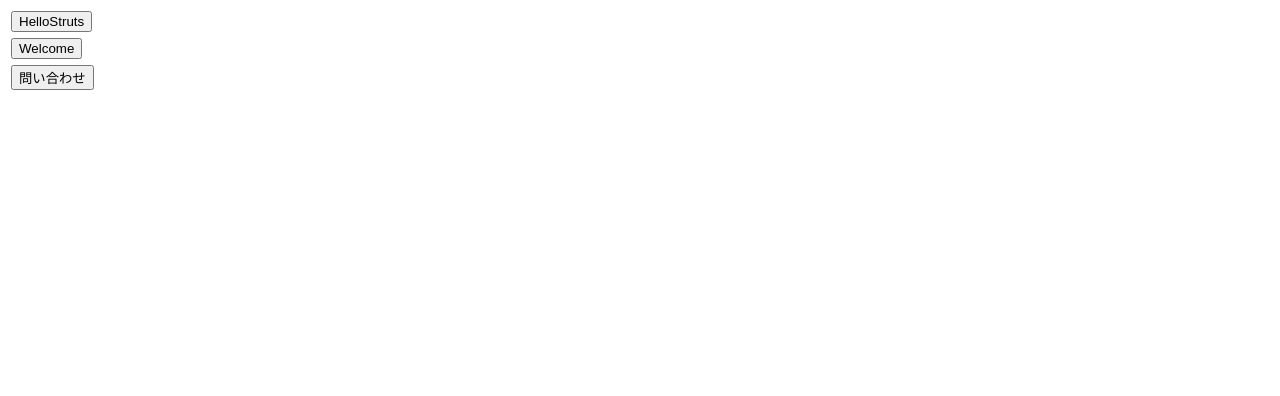
Repository: Wildbird-Yachou/test
Page: http://localhost/Webproj5/
These files come from the project's save history. The page is drawn as it stood at one moment and after the next save; the edit follows.
The browser window is 1280 px wide. The pictures show the whole page.
The page is served by Tomcat 9.

Above is the page before, as saved 2018-08-17 10:20:38.

After the next save:
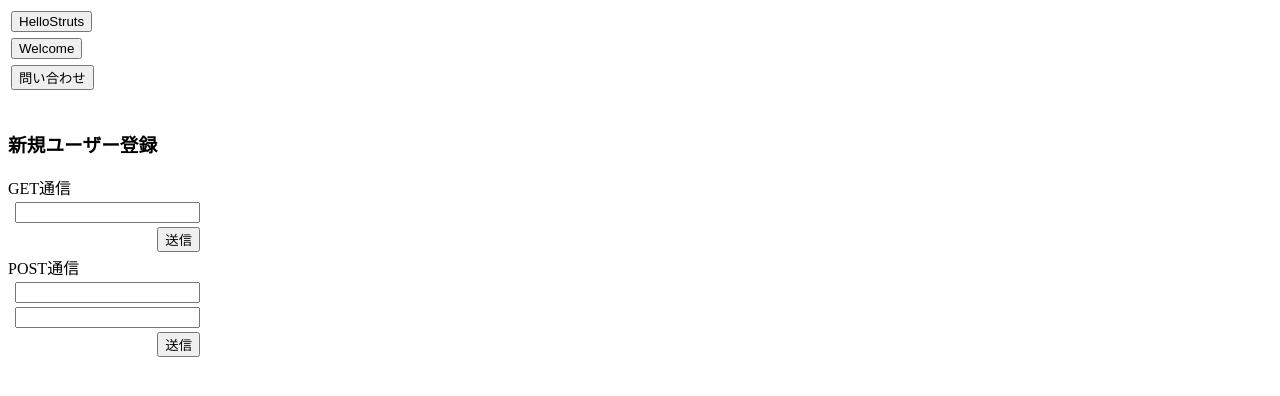
Saved 11 min 48 s later.
--- a/Webproj5/WebContent/index.jsp
+++ b/Webproj5/WebContent/index.jsp
@@ -20,5 +20,20 @@
   <s:submit value="問い合わせ"/>
   </s:form>
 
+  <br>
+  <h3>新規ユーザー登録</h3>
+  GET通信
+  <s:form method="get" action="TestAction">
+  <s:textfield name="password"/>
+  <s:submit value="送信"/>
+  </s:form>
+  POST通信
+  <s:form method="post" action="TestAction">
+  <s:textfield name="username"/>
+  <s:password name="password"/>
+  <s:submit value="送信"/>
+  </s:form>
+
+
 </body>
 </html>
